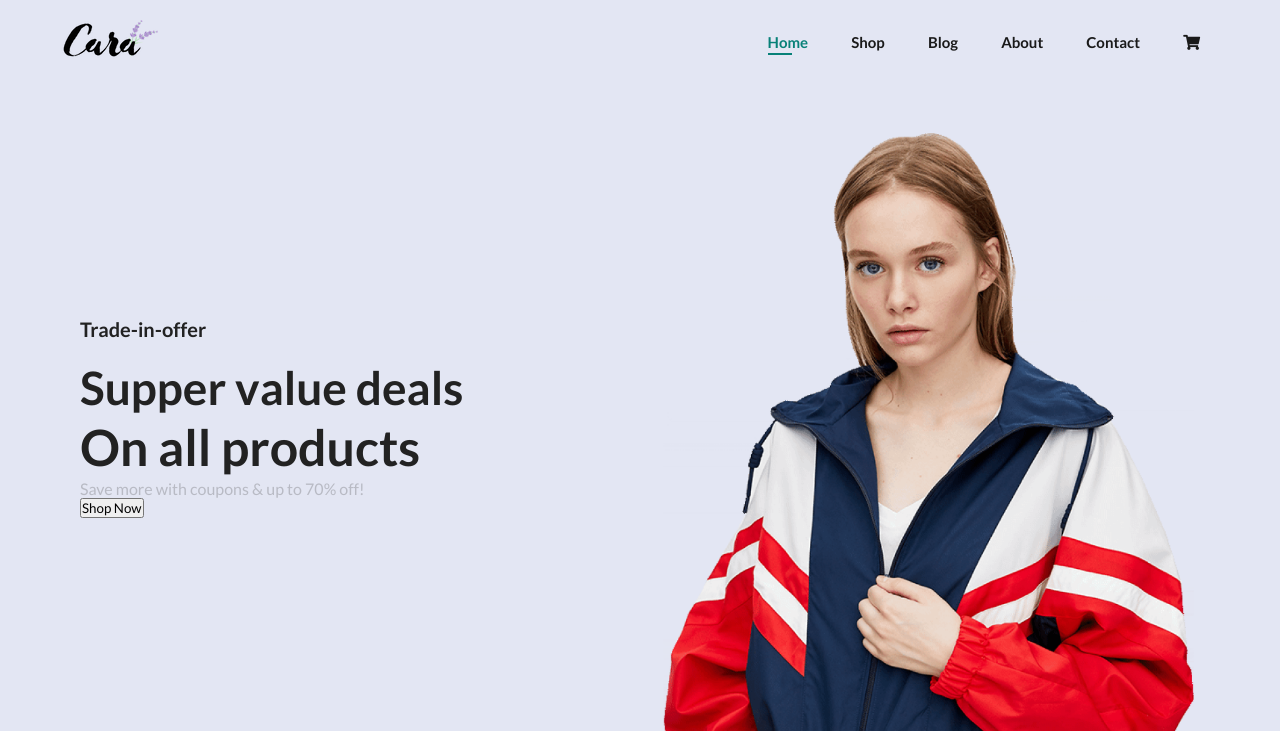
Repository: Nguyenductuan-dev/Website-Clothes
Page: index.html
An editor plug-in stored every save of this project. The page is shown before and after the next save, followed by the edit.
The browser window is 1280 px wide. The pictures show the whole page.

Above is the page before, as saved 2022-04-22 21:01:16.

### index.html
<!DOCTYPE html>
<html lang="en">
<head>
    <meta charset="UTF-8">
    <meta http-equiv="X-UA-Compatible" content="IE=edge">
    <meta name="viewport" content="width=device-width, initial-scale=1.0">
    <link rel="shortcut icon" href="assets/imgs/favicon.png" type="image/x-icon">
    <link rel="stylesheet" href="https://cdnjs.cloudflare.com/ajax/libs/font-awesome/5.15.1/css/all.min.css" />
    <link rel="preconnect" href="https://fonts.googleapis.com">
    <link rel="preconnect" href="https://fonts.gstatic.com" crossorigin>
    <link href="https://fonts.googleapis.com/css2?family=Lato:wght@400;700&family=Montserrat:ital,wght@0,200;0,300;0,400;0,500;0,600;0,700;1,600&display=swap" rel="stylesheet">
    <link rel="stylesheet" href="assets/css/style.css">
    <title>Website Clothes</title>
</head>
<body>
    <!-- ======================= HEADER ====================== -->
    <header class="header " id="header">
        <div class="header__container container">
            <a href="index.html" class="header__logo">
                <img src="assets/images/logo.png" alt="" class="header__logo-img">
            </a>

            <div class="navbar" id="navbar">
                <ul class="navbar__list">
                    <li class="navbar__item ">
                        <a href="index.html" class="navbar__link navbar__active">Home</a>
                    </li>
                    <li class="navbar__item">
                        <a href="shop.html" class="navbar__link">Shop</a>
                    </li>
                    <li class="navbar__item">
                        <a href="blog.html" class="navbar__link">Blog</a>
                    </li>
                    <li class="navbar__item">
                        <a href="about.html" class="navbar__link">About</a>
                    </li>
                    <li class="navbar__item">
                        <a href="contact.html" class="navbar__link">Contact</a>
                    </li>
                    <li class="navbar__item">
                        <a href="cart.html" class="navbar__link">
                            <i class="fas fa-shopping-cart"></i>
                        </a>
                    </li>
                </ul>
            </div>
        </div>
    </header>

    <!-- ======================= BANNER ====================== -->
    <section class="banner" id="banner">
        <h4>Trade-in-offer</h4>
        <h2>Supper value deals</h2>
        <h1>On all products</h1>
        <p>Save more with coupons & up to 70% off!</p>
        <button class="btn">
            Shop Now
        </button>
    </section>

    <script src="assets/js/main.js"></script>
</body>
</html>

### assets/css/style.css
* {
    margin: 0;
    padding: 0;
    box-sizing: border-box;
    font-family: 'Lato', sans-serif;
}
h1 {
    font-size: 50px;
    line-height: 64px;
    color: #222;
}
h2 {
    font-size: 46px;
    line-height: 54px;
    color: #222;
}

h4 {
    font-size: 20px;
    line-height: 64px;
    color: #222;
}
h6 {
    font-weight: 700;
    font-size: 12px;
}
p {
    font-size: 16px;
    color: #4444;
}
body {
    width: 100%;
}
.container {
    max-width: 1200px;
    margin: auto;
}
/* ================ HEADER =================== */
.header {
    background-color: #e3e6f3;
    box-shadow: 0 5px 15px rgba(0, 0, 0, .06);
}
.header__container {
    max-width: 1200px;
    display: flex;
    justify-content: space-between;
    align-items: center;
    padding: 20px;
    margin: auto;
}
.navbar {
    display: inline-block;
}
.navbar__item {
    display: inline-block;
    list-style: none;
    padding: 0 20px;
    position: relative;
}
.navbar__link {
    text-decoration: none;
    color: #1a1a1a;
   font-size: 15px;
   font-weight: 600;
   transition: .3s ease;

}
.navbar__link:hover,
.navbar__link.navbar__active {
    color: #088178;
}
.navbar__active::after,
.navbar__link:hover::after {
    content: '';
    width: 30%;
    height: 2px;
    background-color: #088178;
    position: absolute;
    bottom: -4px;
    left: 20px;
}
/* ================ BANNER =================== */
.banner {
    background-image: url('../images/hero4.png');
    width: 100%;
    height: 90vh;
    background-position: top 25% right 0;
    background-size: cover;
    padding: 0 80px;
    display: flex;
    flex-direction: column;
    align-items: flex-start;
    justify-content: center;
}

Loaded but not shown: assets/js/main.js (no stored copy; drawn as an empty file)

After the next save:
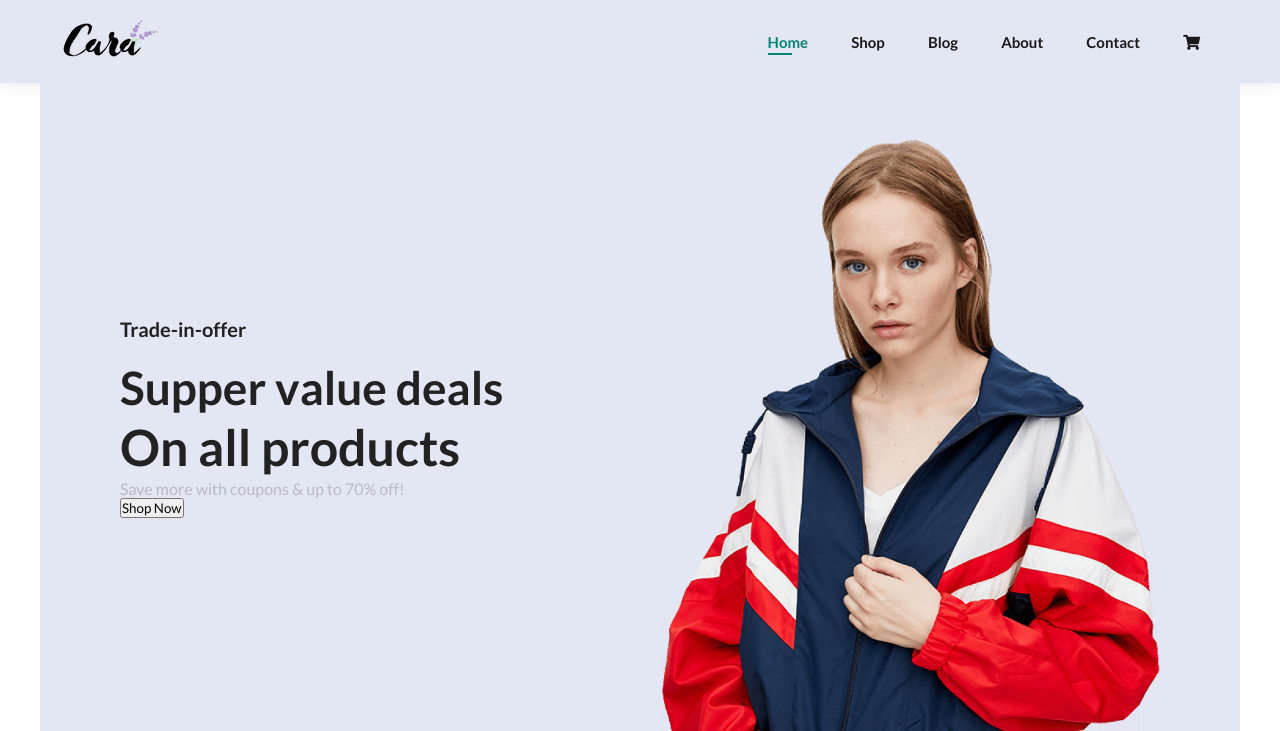
Saved 10 s later.
--- a/index.html
+++ b/index.html
@@ -48,7 +48,7 @@
     </header>
 
     <!-- ======================= BANNER ====================== -->
-    <section class="banner" id="banner">
+    <section class="banner container" id="banner">
         <h4>Trade-in-offer</h4>
         <h2>Supper value deals</h2>
         <h1>On all products</h1>
